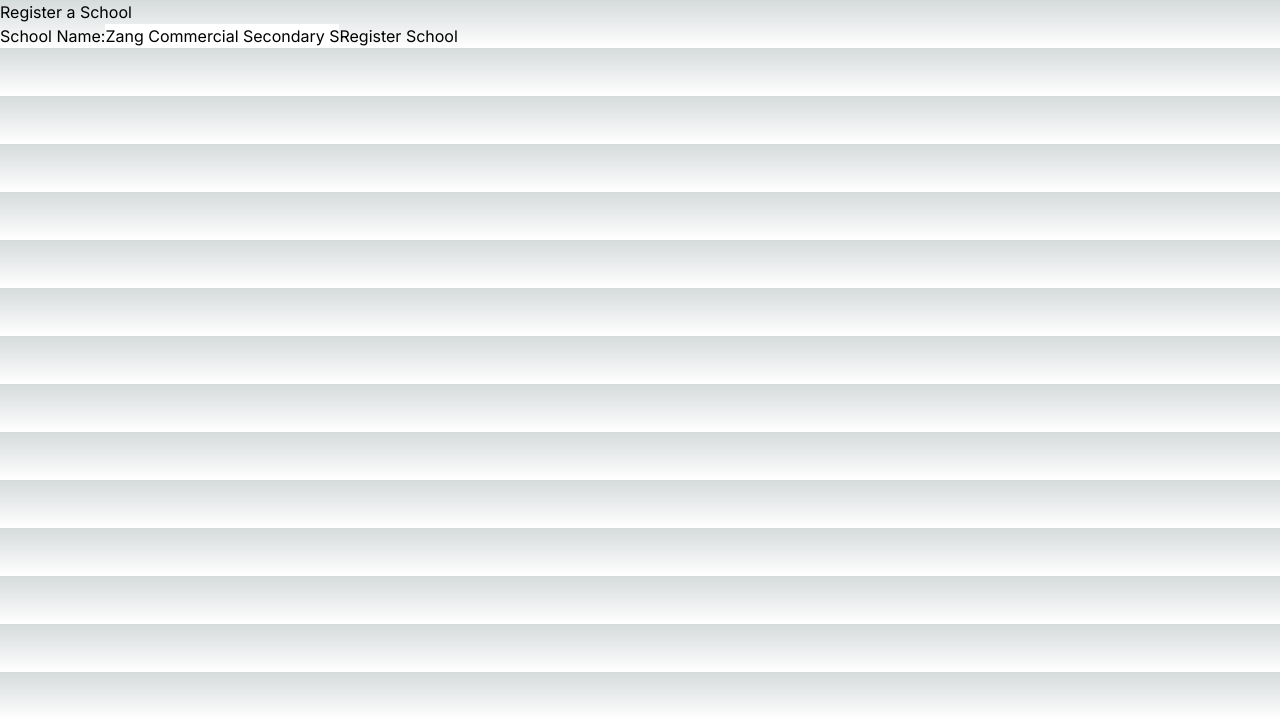
Repository: marcusdashe/fullstack-ts
Page: /school
An editor plug-in stored every save of this project. The page is shown before and after the next save, followed by the edit.
The browser window is 1280 px wide. The pictures show the whole page.
The project was rebuilt for these pictures with package versions that can differ from the ones it lists, and the page was loaded fresh each time. The framework's server and built-in components were replaced by stand-ins that run in the browser. Also part of the build but not shown: next.config.js.

Above is the page before, as saved 2023-07-26 15:37:51.

### app/school/page.tsx
"use client";

import { useState } from "react";
import SchoolService, { School } from "../services/api/school.service";

const RegisterSchoolPage: React.FC = () => {
  const initialFormData: School = {
    schoolName: "Zang Commercial Secondary School",
    schoolAddress: "Bukuru Road Opposite Tetengi Estate",
    schoolPhoneNumber: "08034477604",
    schoolWebsite: "www.zangcommercial.com",
    schoolEmail: "contact@zangcommercial.com",
    schoolLogo: "",
  };

  const [formData, setFormData] = useState<School>(initialFormData);

  const handleChange = (e: React.ChangeEvent<HTMLInputElement>) => {
    const { name, value } = e.target;
    setFormData((prevFormData) => ({
      ...prevFormData,
      [name]: value,
    }));
  };

  const handleSubmit = async (e: React.FormEvent) => {
    e.preventDefault();
    try {
      await SchoolService.registerSchool(formData);

      console.log("School registered successfully");
      setFormData(initialFormData);
    } catch (error) {
      console.error("Error registering school:", error);
    }
  };

  return (
    <div>
      <h1>Register a School</h1>

      <form onSubmit={handleSubmit}>
        <label>
          School Name:
          <input
            type="text"
            name="school"
            value={formData.schoolName}
            onChange={handleChange}
          />
        </label>
        <button type="submit">Register School</button>
      </form>
    </div>
  );
};

export default RegisterSchoolPage;

### app/services/api/school.service.ts
import axios, { AxiosResponse } from "axios";
import config from "../config";

export interface School {
  schoolName: string;
  schoolAddress: string;
  schoolPhoneNumber: string;
  schoolWebsite: string;
  schoolEmail: string;
  schoolLogo: string;
}

const API_URL: string = config.API_BASE_URL;

class SchoolService {
  static client = axios.create({
    baseURL: API_URL,
  });

  async registerSchool(school: School): Promise<AxiosResponse<School>> {
    const response = await SchoolService.client.post<School>(
      "/schools",
      school
    );
    return response;
  }

  async fetchAllSchools(): Promise<AxiosResponse<School[]>> {
    const response = await SchoolService.client.get<School[]>("/schools");
    return response;
  }

  async fetchSchoolById(id: number): Promise<AxiosResponse<School>> {
    const response = await SchoolService.client.get<School>(`/school/${id}`);
    return response;
  }

  async updateSchool(
    school: School,
    id: number
  ): Promise<AxiosResponse<School>> {
    const response = await SchoolService.client.put<School>(
      `/schools/${id}`,
      school
    );
    return response;
  }

  async delSchoolById(id: number): Promise<AxiosResponse<void>> {
    const response = await SchoolService.client.delete<void>(`/schools/${id}`);
    return response;
  }

  async fetchSchoolByName(schoolName: string): Promise<AxiosResponse<School>> {
    const response = await SchoolService.client.get<School>(
      `/schools/byName/${schoolName}`
    );
    return response;
  }

  async fetchSchoolByPhoneNumber(
    phoneNumber: string
  ): Promise<AxiosResponse<School>> {
    const response = await SchoolService.client.get<School>(
      `/schools/byPhoneNumber/${phoneNumber}`
    );
    return response;
  }

  async fetchSchoolByWebsite(
    schoolWebsite: string
  ): Promise<AxiosResponse<School>> {
    const response = await SchoolService.client.get<School>(
      `/schools/byWebsite/${schoolWebsite}`
    );
    return response;
  }

  async fetchSchoolByEmail(email: string): Promise<AxiosResponse<School>> {
    const response = await SchoolService.client.get<School>(
      `/schools/byEmail/${email}`
    );
    return response;
  }
}

export default new SchoolService();

### app/services/config.ts
export default {
  API_BASE_URL: process.env.API_BASE_URL || "http://127.0.0.1:8000/api-v1/",
};

Loaded but not shown: app/layout.tsx (common file); app/globals.css (common file); tailwind.config.js (common file)

After the next save:
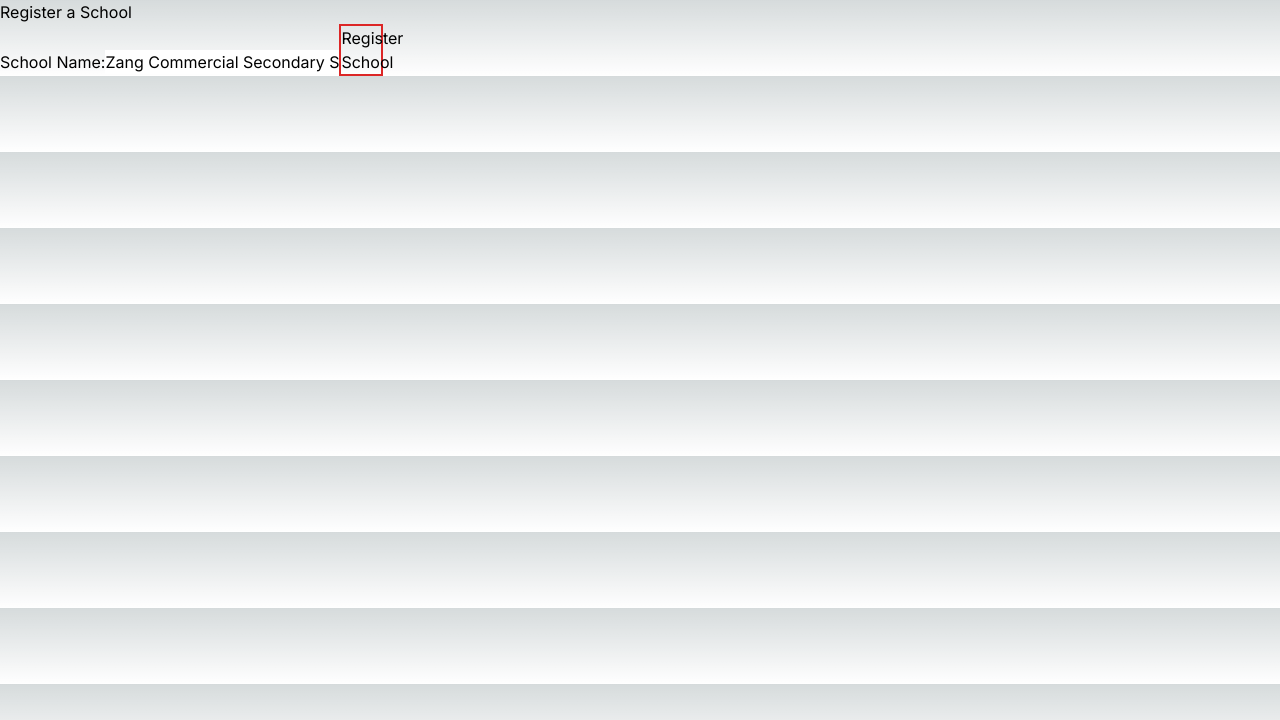
Saved 9 min 9 s later.
--- a/app/school/page.tsx
+++ b/app/school/page.tsx
@@ -49,7 +49,9 @@ const RegisterSchoolPage: React.FC = () => {
             onChange={handleChange}
           />
         </label>
-        <button type="submit">Register School</button>
+        <button type="submit" className="border border-2 border-red-600 w-11 ">
+          Register School
+        </button>
       </form>
     </div>
   );
